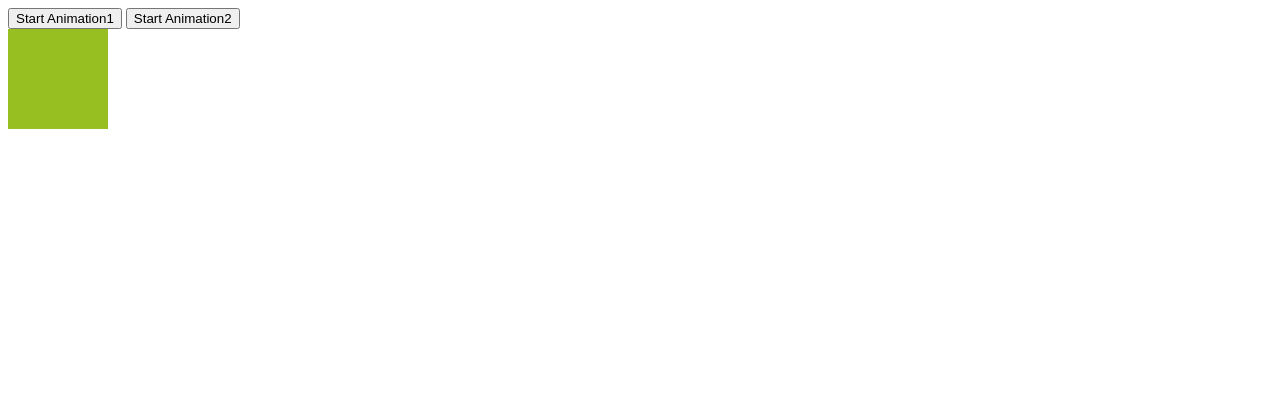
Repository: sudheerj/jQuery
Page: jQueryExamples/chapter05/Prepend.html
These files come from the project's save history. The page is drawn as it stood at one moment and after the next save; the edit follows.
The browser window is 1280 px wide. The pictures show the whole page.

Above is the page before, as saved 2016-10-21 14:42:40.

### jQueryExamples/chapter05/Prepend.html
<!DOCTYPE html>
<html>
<head>
	<title>jQuery Animate</title>
	<script type="text/javascript" src="..\jquery\jquery-3.1.1.min.js"></script>
	<script>
$(document).ready(function(){
	 $("#button1").click(function(){
        $("#div1").animate({
            left: '250px',
            height: '+=150px',
            width: '+=150px'
        });
    });

    $("#button2").click(function(){
        var div = $("#div2");
        div.animate({height: '300px', opacity: '0.4'}, "slow");
        div.animate({width: '300px', opacity: '0.8'}, "slow");
        div.animate({height: '100px', opacity: '0.4'}, "slow");
        div.animate({width: '100px', opacity: '0.8'}, "slow");
    });
});
</script>
</head>
<body>

<button id="button1">Start Animation1</button>
<button id="button2">Start Animation2</button>

<div id="div1" style="background:#98bf21;height:100px;width:100px;position:absolute;"></div>
<div id="div2" style="background:#98bf21;height:100px;width:100px;position:absolute;"></div>
</body>
</html>

Loaded but not shown: jQueryExamples/jquery/jquery-3.1.1.min.js (library)

After the next save:
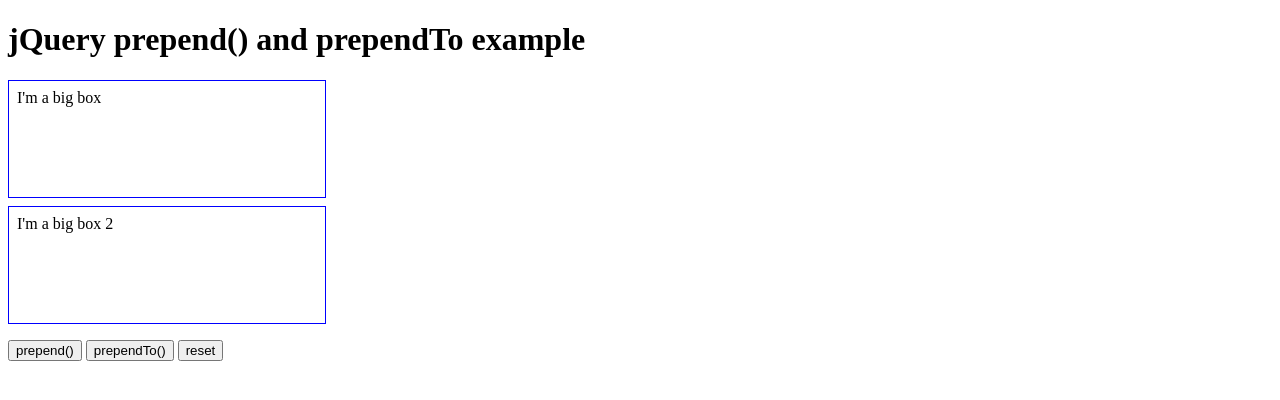
Saved 2 min 15 s later.
--- a/jQueryExamples/chapter05/Prepend.html
+++ b/jQueryExamples/chapter05/Prepend.html
@@ -3,32 +3,55 @@
 <head>
 	<title>jQuery Animate</title>
 	<script type="text/javascript" src="..\jquery\jquery-3.1.1.min.js"></script>
-	<script>
-$(document).ready(function(){
-	 $("#button1").click(function(){
-        $("#div1").animate({
-            left: '250px',
-            height: '+=150px',
-            width: '+=150px'
-        });
+	<style type="text/css">
+	.box{
+		padding:8px;
+		border:1px solid blue;
+		margin-bottom:8px;
+		width:300px;
+		height:100px;
+	}
+	.newbox{
+		padding:8px;
+		border:1px solid red;
+		margin-bottom:8px;
+		width:200px;
+		height:50px;
+	}
+</style>
+
+</head>
+<body>
+  <h1>jQuery prepend() and prependTo example</h1>
+
+  <div class="box">I'm a big box</div>
+
+  <div class="box">I'm a big box 2</div>
+
+  <p>
+  <button id="prepend">prepend()</button>
+  <button id="prependTo">prependTo()</button>
+  <button id="reset">reset</button>
+  </p>
+
+<script type="text/javascript">
+
+    $("#prepend").click(function () {
+
+	  $('.box').prepend("<div class='newbox'>I'm new box by prepend</div>");
+
     });
 
-    $("#button2").click(function(){
-        var div = $("#div2");
-        div.animate({height: '300px', opacity: '0.4'}, "slow");
-        div.animate({width: '300px', opacity: '0.8'}, "slow");
-        div.animate({height: '100px', opacity: '0.4'}, "slow");
-        div.animate({width: '100px', opacity: '0.8'}, "slow");
+    $("#prependTo").click(function () {
+
+	  $("<div class='newbox'>I'm new box by prependTo</div>").prependTo('.box');
+
     });
-});
+
+    $("#reset").click(function () {
+	  location.reload();
+    });
+
 </script>
-</head>
-<body>
-
-<button id="button1">Start Animation1</button>
-<button id="button2">Start Animation2</button>
-
-<div id="div1" style="background:#98bf21;height:100px;width:100px;position:absolute;"></div>
-<div id="div2" style="background:#98bf21;height:100px;width:100px;position:absolute;"></div>
 </body>
 </html>
